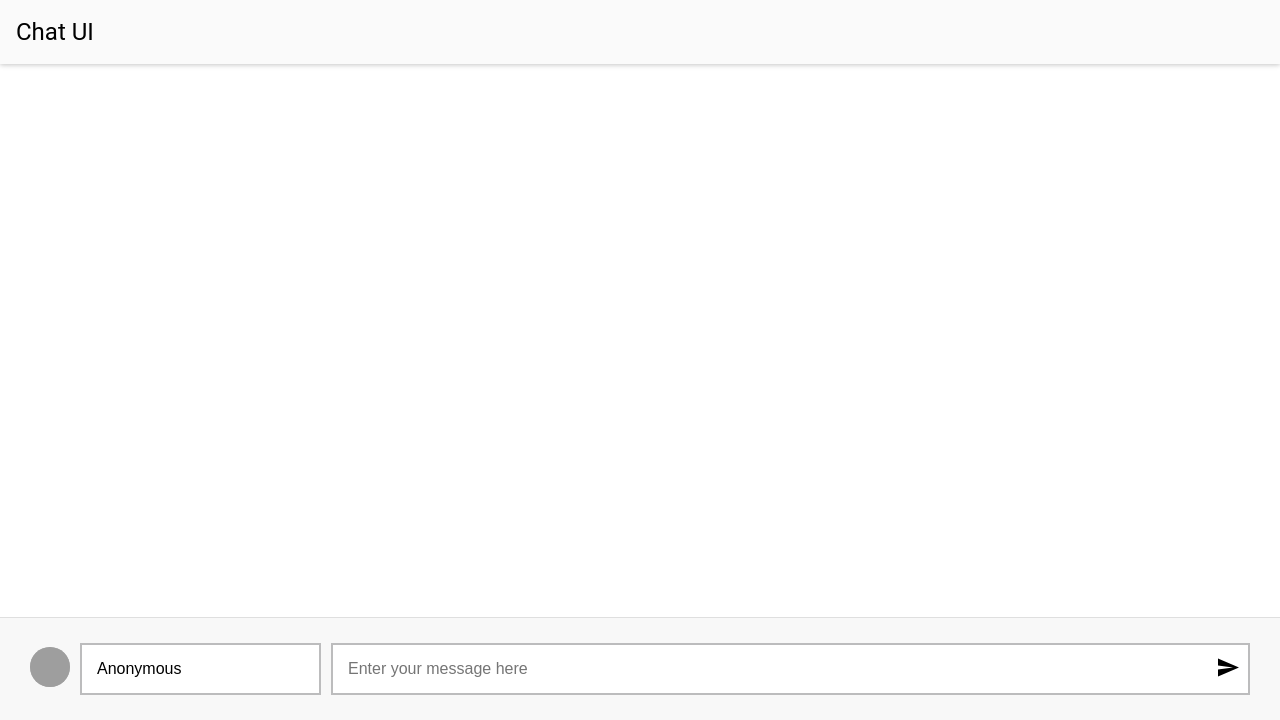
Repository: Faradey27/chat-ui
Page: /
An editor plug-in stored every save of this project. The page is shown before and after the next save, followed by the edit.
The browser window is 1280 px wide. The pictures show the whole page.
Pictures or frames that could not be fetched are drawn as grey boxes. The page's requests for data from a server got no answer. The project was rebuilt for these pictures with package versions that can differ from the ones it lists, and the page was loaded fresh each time. No one was signed in, and anything a server would have sent is missing. Also part of the build but not shown: src/components/MessageUsername/MessageUsername.js, src/components/MessageUsername/index.js, src/components/MessageText/MessageText.js, src/components/MessageText/index.js, src/components/MessageDate/MessageDate.js, src/components/MessageDate/index.js, src/components/Message/Message.js.

Above is the page before, as saved 2018-03-03 23:10:59.

### public/index.html
<!DOCTYPE html>
<html lang="en">
  <head>
    <meta charset="utf-8">
    <meta name="viewport" content="width=device-width, initial-scale=1, shrink-to-fit=no">
    <meta name="theme-color" content="#000000">
    <link rel="manifest" href="%PUBLIC_URL%/manifest.json">
    <link rel="shortcut icon" href="%PUBLIC_URL%/favicon.ico">
    <title>Chat UI</title>
  </head>
  <body>
    <noscript>
      You need to enable JavaScript to run this app.
    </noscript>
    <div id="root"></div>
  </body>
</html>

### src/index.js
import React from 'react';
import ReactDOM from 'react-dom';
import { Provider } from 'react-redux';
import { MuiThemeProvider } from 'material-ui/styles';

import io from "socket.io-client";
import Chat from './containers/Chat';
import configureStore from './data/store/configureStore';
import SocketConnector from './services/SocketConnector';
import StorageConnector from './services/StorageConnector';
import registerServiceWorker from './services/pwa/registerServiceWorker';

import './index.css';

// setuped sockets
const socketIO = io("https://spotim-demo-chat-server.herokuapp.com");
const socket = new SocketConnector({eventName: 'spotim/chat', socket: socketIO});

// setuped redux related things
const storage = new StorageConnector({appName: 'chat-ui-user', storage: window.localStorage}); // localStorage or session storage
const savedUser = storage.getItem('store.user');
const preloadedState = {user: savedUser || {name: 'Anonymous', avatar: ''}};
const reduxStore = configureStore(preloadedState, storage);


ReactDOM.render(
  <Provider store={reduxStore}>
    <MuiThemeProvider>
      <Chat socket={socket}/>
    </MuiThemeProvider>
  </Provider>,
  document.getElementById('root')
);

/*
  As we want to be PWA app, we need to become offline friendly, for this reason we register service worker
*/
registerServiceWorker();

### src/data/store/configureStore.js
if (process.env.NODE_ENV === 'production' || process.env.NODE_ENV === 'test') {
  module.exports = require('./configureStore.prod')
} else {
  module.exports = require('./configureStore.dev')
}

### src/services/SocketConnector.js
import { CHAT_IDENTEFICATOR } from './../config';

const isValidMessage = (message) => message.id && message.text && message.user && message.date;
const isAuthorizedMessage = (message) => message.identificator === CHAT_IDENTEFICATOR;

class SocketConnector {
  eventName = '';
  socket = null;
  connected = false;

  constructor({eventName, socket}) {
    this.eventName = eventName;
    this.socket = socket;
  }

  connect = ({onMessage}) => {
    this.socket.on("connect", () => {
      console.info("connected to chat server!");
      this.connected = true;
    });
    this.socket.on(this.eventName, (message) => this.handleMessage({message, onMessage}));
    this.socket.on("disconnect", () => {
      console.info("disconnected to chat server!");
      this.connected = false;
    });
  }

  handleMessage = ({message, onMessage}) => {
    // as our api services do not have any auth or any client separation, we need to detect somehow just our messages
    if (!isAuthorizedMessage(message)) {
      console.info('We received message from bad guys');
      return -1;
    }
    // we want to skip bad messages
    if (!isValidMessage(message)) {
      console.info('We received invalid message');
      return -1;
    }

    onMessage(message)
  }

  emitMessage(message) {
    this.socket.emit(this.eventName, message);
  }
}

export default SocketConnector;

### src/services/StorageConnector.js
class SocketConnector {
  appName = '';
  storage = null;

  constructor({appName, storage}) {
    this.appName = appName;
    this.storage = storage;
  }

  _getMaskedKey = (key) => `${this.appName}-${key}`;

  setItem(key, value) {
    this.storage.setItem(this._getMaskedKey(key), JSON.stringify(value));
  }

  getItem(key) {
    const item = this.storage.getItem(this._getMaskedKey(key));
    if (!item) {
      return '';
    }

    try {
      return JSON.parse(item);
    } catch (e) {
      throw e;
    }
  }

  removeItem(key) {
    this.storage.removeItem(this._getMaskedKey(key));
  }
}

export default SocketConnector;

### src/index.css
/*
  here we have global styles that need to be applied for whole page(like normalisation)
*/

body {
  margin: 0;
  padding: 0;
  font-family: sans-serif;
}

### src/containers/Chat/Chat.js
import React from 'react';
import { func, instanceOf } from 'prop-types';
import { connect } from 'react-redux';
import AppBar from 'material-ui/AppBar';
import { grey50 } from 'material-ui/styles/colors';
import { css } from 'emotion';
import { addMessage } from './../../data/messages/messagesActions';
import SocketConnector from '../../services/SocketConnector';
import MessageCreationArea from './../MessageCreationArea';
import MessageListArea from './../MessageListArea';
import Column from './../../components/Column';

const chatStyles = css`
  height: 100vh;
  display: flex;
  flex-direction: column;
`;

class Chat extends React.Component {
  static propTypes = {
    socket: instanceOf(SocketConnector).isRequired,
    addMessage: func.isRequired, // dispatched action from react-redux
  }

  componentDidMount() {
    this.props.socket.connect({onMessage: this.props.addMessage})
  }

  handleMessageAdd = (message) => this.props.socket.emitMessage(message)

  render() {
    return (
      <div
        className={chatStyles}
        data-hook="chat"
      >
        <AppBar
          titleStyle={{color: 'initial'}}
          style={{ backgroundColor: grey50 }}
          iconElementLeft={<span/>}
          title="Chat UI"
        />
        <Column>
          <MessageListArea />
          <MessageCreationArea onMessageAdd={this.handleMessageAdd}/>
        </Column>
      </div>
    );
  }
}

export default connect(null, { addMessage })(Chat);

### src/data/store/configureStore.dev.js
import { createStore, applyMiddleware } from 'redux';
import { createLogger } from 'redux-logger';
import rootReducer from './rootReducer';
import saveUserToStorageMiddleware from './../middleware/saveUserToStorage';

const configureStore = (preloadedState, storage) => {
  const store = createStore(
    rootReducer,
    preloadedState,
    applyMiddleware(createLogger(), saveUserToStorageMiddleware(storage))
  );

  return store;
}

export default configureStore;

### src/config.js
export const CHAT_IDENTEFICATOR = 'APPLICATION_INDENTIFICATOR_942345';

### src/data/messages/messagesActions.js
export const ADD_MESSAGE = 'ADD_MESSAGE';
export const addMessage = (message) => ({
  type: ADD_MESSAGE,
  message,
})

### src/containers/MessageCreationArea/index.js
export { default } from './MessageCreationArea';

### src/containers/MessageListArea/index.js
export { default } from './MessageListArea';

### src/components/Column/index.js
export {default} from './Column';

### src/data/store/rootReducer.js
import { combineReducers } from 'redux';
import messages from './../messages/messagesReducer';
import user from './../user/userReducer';

const rootReducer = combineReducers({
  messages,
  user,
});

export default rootReducer;

### src/data/middleware/saveUserToStorage.js
import { SET_USER_AVATAR, SET_USER_NAME } from './../user/userActions';

const middleware = (storage) => (store) => (next) => (action) => {
  next(action);

  if (action.type === SET_USER_AVATAR || action.type === SET_USER_NAME) {
    storage.setItem('store.user', store.getState().user);
  }
}

export default middleware;

### src/containers/MessageCreationArea/MessageCreationArea.js
import React from 'react';
import { shape, string, func } from 'prop-types';
import uuidv4 from 'uuid/v4';
import { connect } from 'react-redux';
import { selectUser } from './../../data/user/userSelectors';
import { setUserAvatar, setUsername } from './../../data/user/userActions';
import MessageCreationAreaView from './MessageCreationAreaView';
import { CHAT_IDENTEFICATOR } from './../../config';
import avatars from './../../assets/avatars';

const getRandomAvatar = () => avatars[Math.floor(Math.random() * avatars.length)]

class MessageCreationArea extends React.Component {
  static propTypes = {
    user: shape({ // from redux store
      name: string,
      avatar: string,
    }),
    setUserAvatar: func, // redux action
    setUsername: func, // redux action
    onMessageAdd: func.isRequired,
  }

  state = {
    messageText: '',
  }

  componentDidMount() {
    if (!this.props.user.avatar) {
      this.props.setUserAvatar(getRandomAvatar());
    }
  }

  handleMessageChange = (messageText) => this.setState({messageText})

  handleMessageAdd = () => {
    if (!this.state.messageText) {
      return null;
    }

    this.props.onMessageAdd({
      id: uuidv4(),
      text: this.state.messageText,
      date: Date.now(),
      user: {
        name: this.props.user.name,
        avatar: this.props.user.avatar,
      },
      identificator: CHAT_IDENTEFICATOR
    });

    this.resetMessage();
  }

  resetMessage = () => this.handleMessageChange('')

  render() {
    return (
      <MessageCreationAreaView
        avatar={this.props.user.avatar}
        username={this.props.user.name}
        messageText={this.state.messageText}
        onMessageAdd={this.handleMessageAdd}
        onMessageChange={this.handleMessageChange}
        onUsernameChange={this.props.setUsername}
      />
    );
  }
}

export default connect(
  (state) => ({
    user: selectUser(state)
  }),
  { setUsername, setUserAvatar }
)(MessageCreationArea);

### src/containers/MessageListArea/MessageListArea.js
import React from 'react';
import { array } from 'prop-types';
import { connect } from 'react-redux';
import MessageListAreaView from './MessageListAreaView';
import { selectMessages } from './../../data/messages/messagesSelectors';

class MessageListArea extends React.Component {
  static propTypes = {
    messages: array, // from store
  }

  render() {
    return (
      <MessageListAreaView messages={this.props.messages}/>
    );
  }
}

export default connect((state) => ({ messages: selectMessages(state)}))(MessageListArea);

### src/components/Column/Column.js
import React from 'react';
import { css } from 'emotion';

const columnStyles = css`
  position: relative;
  display: flex;
  flex: 1;
  flex-direction: column;
`;

export default ({children}) => (
  <div className={columnStyles}>
    {children}
  </div>
);

### src/data/messages/messagesReducer.js
import { ADD_MESSAGE } from './messagesActions';

const messages = (state = [], action) => {
  switch (action.type) {
    case ADD_MESSAGE:
      return [...state, action.message];
    default:
      return state;
  }
};

export default messages;

### src/data/user/userReducer.js
import { SET_USER_AVATAR, SET_USER_NAME } from './userActions';

const user = (state = {avatar: '', name: ''}, action) => {
  switch (action.type) {
    case SET_USER_AVATAR:
      return {...state, avatar: action.avatar};
    case SET_USER_NAME:
      return {...state, name: action.name};
    default:
      return state;
  }
};

export default user;

### src/data/user/userActions.js
export const SET_USER_AVATAR = 'SET_USER_AVATAR';
export const setUserAvatar = (avatar) => ({
  type: SET_USER_AVATAR,
  avatar,
})

export const SET_USER_NAME = 'SET_USER_NAME';
export const setUsername = (name) => ({
  type: SET_USER_NAME,
  name,
})

### src/data/user/userSelectors.js
// TODO, in future we could start to use reselect
export const selectUser = (state) => state.user

### src/containers/MessageCreationArea/MessageCreationAreaView.js
import React from 'react';
import { string, func } from 'prop-types';
import { css } from 'emotion';
import UsernameTextField from './../../components/UsernameTextField';
import MessageTextField from './../../components/MessageTextField';
import SendButton from './../../components/SendButton';

const messageAreaStyles = css`
  background-color: #f8f8f8;
  padding: 25px 30px;
  display: flex;
  align-items: center;
  border-top: 1px solid rgba(0, 0, 0, 0.1);
`;

const messageAreaSendStyles = css`
  position: relative;
  width: 100%;
`;

class MessageCreationAreaView extends React.Component {
  static propTypes = {
    avatar: string,
    username: string,
    onMessageAdd: func,
    onMessageChange: func,
    onUsernameChange: func
  }

  handleFormSubmit = (e) => {
    e.preventDefault();
    this.props.onMessageAdd();
  }

  render() {
    return (
      <div
        className={messageAreaStyles}
        data-hook="message-creation-area"
      >
        <UsernameTextField
          avatar={this.props.avatar}
          username={this.props.username}
          onUsernameChange={this.props.onUsernameChange}
        />
        <form
          className={messageAreaSendStyles}
          onSubmit={this.handleFormSubmit}
        >
          <MessageTextField
            messageText={this.props.messageText}
            onMessageChange={this.props.onMessageChange}
          />
          <SendButton />
        </form>
      </div>
    );
  }
}

export default MessageCreationAreaView;

### src/containers/MessageListArea/MessageListAreaView.js
import React from 'react';
import { array } from 'prop-types';
import { css } from 'emotion';

import Message from './../../components/Message';

const messageListStyles = css`
  display: flex;
  flex-direction: column;
  height: 100%;
`;

class MessageListAreaView extends React.Component {
  static propTypes = {
    messages: array,
  }

  render() {
    return (
      <div
        className={messageListStyles}
        data-hook="message-list-area"
      >
        {this.props.messages.map((message) => <Message key={message.id} message={message}/>)}
      </div>
    );
  }
}

export default MessageListAreaView;

### src/data/messages/messagesSelectors.js
// TODO, in future we could start to use reselect
export const selectMessages = (state) => state.messages

### src/components/UsernameTextField/index.js
export { default } from './UsernameTextField';

### src/components/MessageTextField/index.js
export { default } from './MessageTextField';

### src/components/SendButton/index.js
export { default } from './SendButton';

### src/components/UsernameTextField/UsernameTextField.js
import React from 'react';
import { string, func } from 'prop-types';
import { css } from 'emotion';
import Avatar from './../Avatar';

const usernameStyles = css`
  display: flex;
  align-items: center;
  margin-right: 10px;
`;

const usernameInputStyles = css`
  font-size: 16px;
  border: 2px solid rgba(160,160,162,.7);
  padding: 15px;
  margin-left: 10px;
  outline: none;
`;

class UsernameTextField extends React.Component {
  static propTypes = {
    avatar: string,
    username: string,
    onUsernameChange: func.isRequired
  }

  handleUsernameChange = (e) => this.props.onUsernameChange(e.target.value)

  render() {
    return (
      <div
        className={usernameStyles}
        data-hook="username-text-field"
      >
        <Avatar avatar={this.props.avatar}/>
        <input
          className={usernameInputStyles}
          data-hook="username-text-field-input"
          value={this.props.username}
          onChange={this.handleUsernameChange}
        />
      </div>
    );
  }
}

export default UsernameTextField;

### src/components/MessageTextField/MessageTextField.js
import React from 'react';
import { string, func } from 'prop-types';
import { css } from 'emotion';

const textAreaStyles = css`
  font-size: 16px;
  border: 2px solid rgba(160,160,162,.7);
  width: 100%;
  padding: 15px;
  outline: none;
`;

const textAreaWrapStyles = css`
  display: flex;
`;

class MessageTextField extends React.Component {
  static propTypes = {
    messageText: string,
    onMessageChange: func.isRequired,
  }

  componentDidMount() {
    this.inputNode.focus();
  }

  handleMessageChange = (e) => {
    this.props.onMessageChange(e.target.value);
  }

  render() {
    return (
      <div
        data-hook="message-text-field"
        className={textAreaWrapStyles}
      >
        <input
          ref={(node) => this.inputNode = node}
          data-hook="message-text-field-textarea"
          placeholder="Enter your message here"
          className={textAreaStyles}
          value={this.props.messageText}
          onChange={this.handleMessageChange}
        />
      </div>
    );
  }
}

export default MessageTextField;

### src/components/SendButton/SendButton.js
import React from 'react';
import { func } from 'prop-types';
import { css } from 'emotion';

const sendButtonStyles = css`
  position: absolute;
  right: 10px;
  top: 50%;
  transform: translateY(-50%);
  background: transparent;
  border: none;
  padding: 0;
`;

class SendButton extends React.Component {
  static propTypes = {
    onClick: func,
  }

  render() {
    return (
      <div
        data-hook="send-button"
      >
        <button
          type="submit"
          className={sendButtonStyles}
          data-hook="send-button-el"
          onClick={this.props.onClick}
        >
          <svg
            height="24"
            width="24"
            viewBox="0 0 48 48"
          >
            <path d="M4.02 42l41.98-18-41.98-18-.02 14 30 4-30 4z"/>
            <path d="M0 0h48v48h-48z" fill="none"/>
          </svg>
        </button>
      </div>
    );
  }
}

export default SendButton;

### src/components/Avatar/Avatar.js
import React from 'react';
import Avatar from 'material-ui/Avatar';

export default ({avatar}) => (
  <div data-hook="avatar">
    <Avatar src={avatar}/>
  </div>
);

Loaded but not shown: src/containers/Chat/index.js (common file); src/components/Message/index.js (common file); src/components/Avatar/index.js (common file); src/assets/avatars.json (7 lines, source omitted); src/services/pwa/registerServiceWorker.js (117 lines, source omitted)

After the next save:
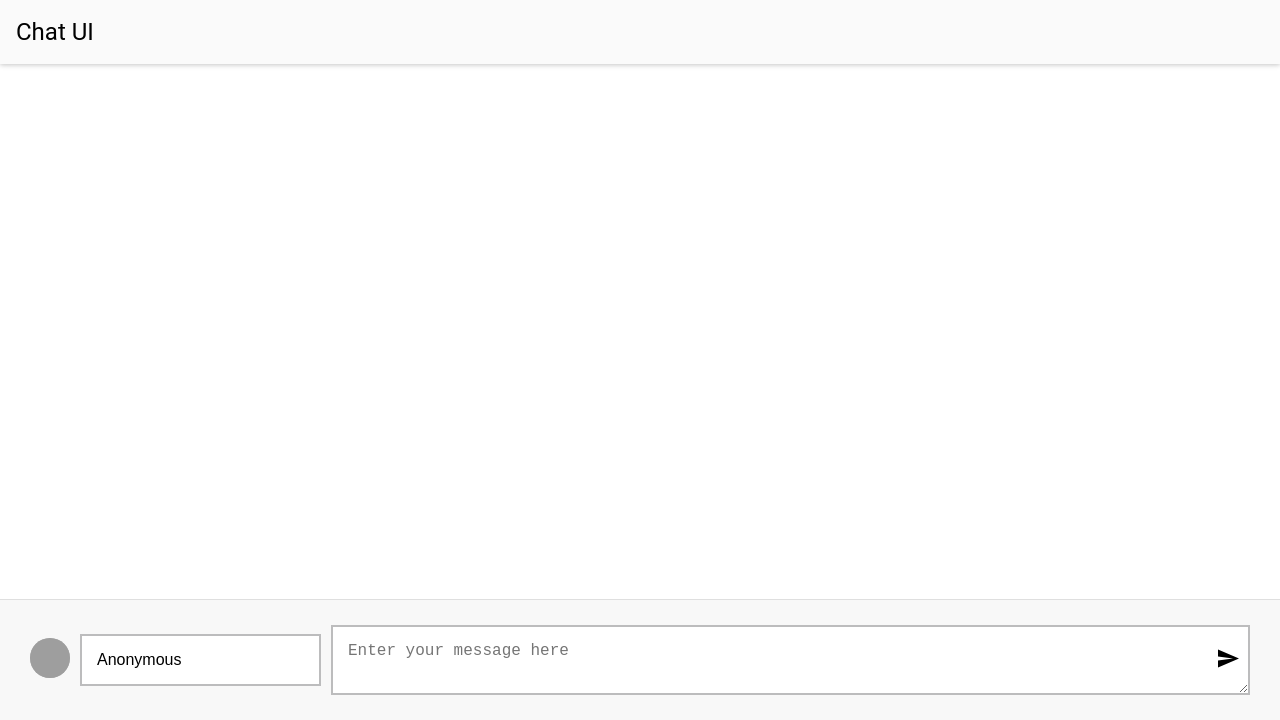
Saved 32 s later.
--- a/src/components/MessageTextField/MessageTextField.js
+++ b/src/components/MessageTextField/MessageTextField.js
@@ -34,7 +34,7 @@
         data-hook="message-text-field"
         className={textAreaWrapStyles}
       >
-        <input
+        <textarea
           ref={(node) => this.inputNode = node}
           data-hook="message-text-field-textarea"
           placeholder="Enter your message here"

After the save that followed:
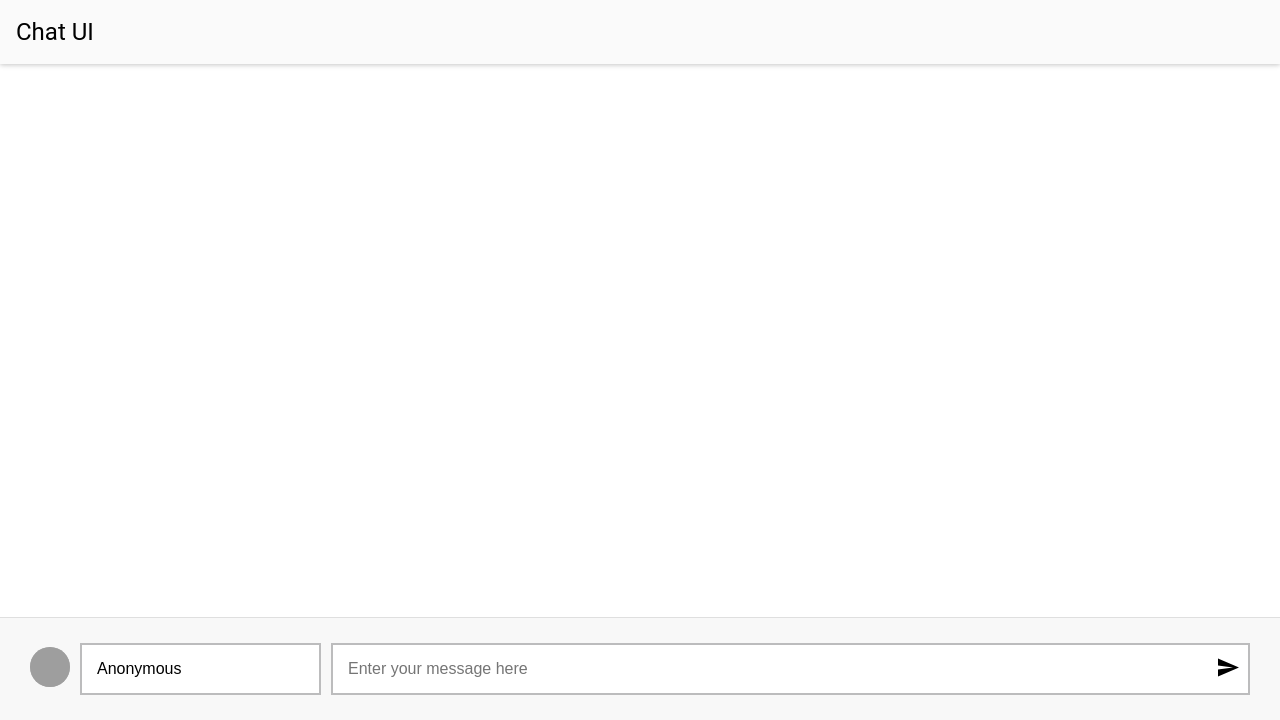
Saved 10 s later.
--- a/src/components/MessageTextField/MessageTextField.js
+++ b/src/components/MessageTextField/MessageTextField.js
@@ -34,7 +34,7 @@
         data-hook="message-text-field"
         className={textAreaWrapStyles}
       >
-        <textarea
+        <input
           ref={(node) => this.inputNode = node}
           data-hook="message-text-field-textarea"
           placeholder="Enter your message here"
